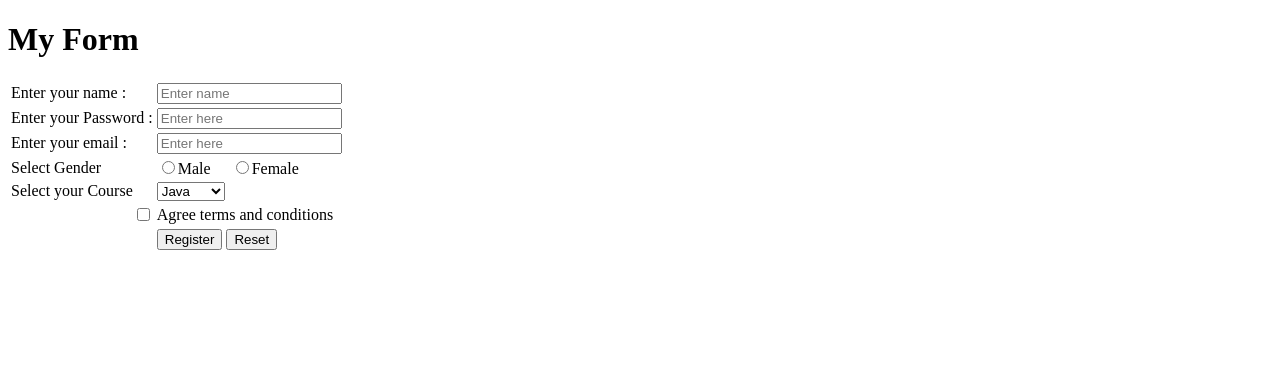
Repository: ShaileshMishr/Javanew
Page: Youtube/src/main/webapp/index.html
An editor plug-in stored every save of this project. The page is shown before and after the next save, followed by the edit.
The browser window is 1280 px wide. The pictures show the whole page.

Above is the page before, as saved 2023-10-10 19:16:04.

### Youtube/src/main/webapp/index.html
<!DOCTYPE html>
<html>
<head>
<meta charset="ISO-8859-1">
<title>Form Page</title>
</head>
<body>
<div class="container">
	<h1>My Form</h1>
	<form action="RegisterServlet" method="post">
		<table>
			<tr>
				<td>Enter your name :</td>
				<td><input type="text" name="user_name" placeholder="Enter name" /></td>
			</tr>
			<tr>
				<td>Enter your Password :</td>
				<td><input type="password" name="user_password" placeholder="Enter here" /></td>
			</tr>
			<tr>
				<td>Enter your email :</td>
				<td><input type="email" name="user_email" placeholder="Enter here" /></td>
			</tr>
			<tr>
				<td>Select Gender</td>
				<td>
					<input type="radio" name="user_gender" value="male">Male &nbsp; &nbsp;
					<input type="radio" name="user_gender" value="female">Female &nbsp; &nbsp;

				</td>
			</tr>

			<tr>
				<td>
					Select your Course
				</td>
				<td>
					<select name="user_course">
						<option value="Java">Java</option>
						<option value="Python">Python</option>
						<option value="PHP">PHP</option>
						<option value="Android">Android</option>

					</select>
				</td>
			</tr>
			<tr>
				<td style="text-align: right;">
					<input type="checkbox" value="checked" name="condition" />
				</td>
				<td>
					Agree terms and conditions
				</td>
			</tr>

			<tr>
				<td>

				</td>
				<td>
					<button type="submit"">Register</button>
					<button type="reset">Reset</button>

				</td>
			</tr>
		</table>
	</form>

</div>
</body>
</html>

After the next save:
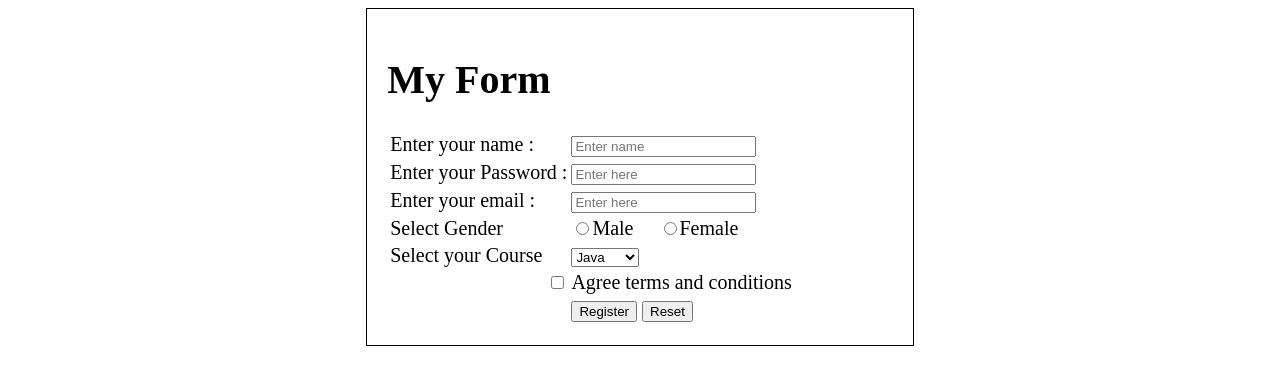
Saved 7 min 47 s later.
--- a/Youtube/src/main/webapp/index.html
+++ b/Youtube/src/main/webapp/index.html
@@ -3,6 +3,16 @@
 <head>
 <meta charset="ISO-8859-1">
 <title>Form Page</title>
+
+<style>
+	.container{
+		width: 40%;
+		border: 1px solid black;
+		margin:auto;
+		padding: 20px;
+		font-size: 20px;
+	}
+</style>
 </head>
 <body>
 <div class="container">
